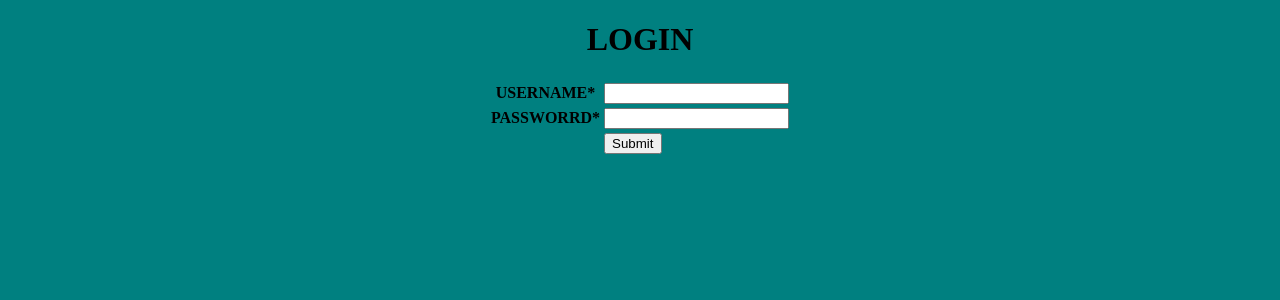
Repository: raviraj226/AdvanceJava
Page: http://localhost/Ravi_Maven/LogIn.jsp
These files come from the project's save history. The page is drawn as it stood at one moment and after the next save; the edit follows.
The browser window is 1280 px wide. The pictures show the whole page.
The page is served by Tomcat 9. Other server files are loaded and not shown.

Above is the page before, as saved 2022-03-12 06:26:55.

### Advance Java/Ravi_Maven/src/main/webapp/LogIn.jsp
<%@ page language="java" contentType="text/html; charset=ISO-8859-1"
	pageEncoding="ISO-8859-1"%>
<!DOCTYPE html>
<html>
<head>
<meta charset="ISO-8859-1">
<title>Login Page</title>
</head>
<body bgcolor="teal">
	<form action="Submit.jsp" method="post">
		<table align="center">
			<h1 align="center">LOGIN</h1>
			<tr>
				<th>USERNAME*</th>
				<td><input type="text" name="user"></td>
			</tr>
			<tr>
				<th>PASSWORRD*</th>
				<td><input type="Password" name="pwd"></td>
			</tr>
			<tr>
				<th></th>
				<td><input type="SUBMIT" name="USER" value="Submit"></input></td>
			</tr>
		</table>
	</form>
</body>
</html>

After the next save:
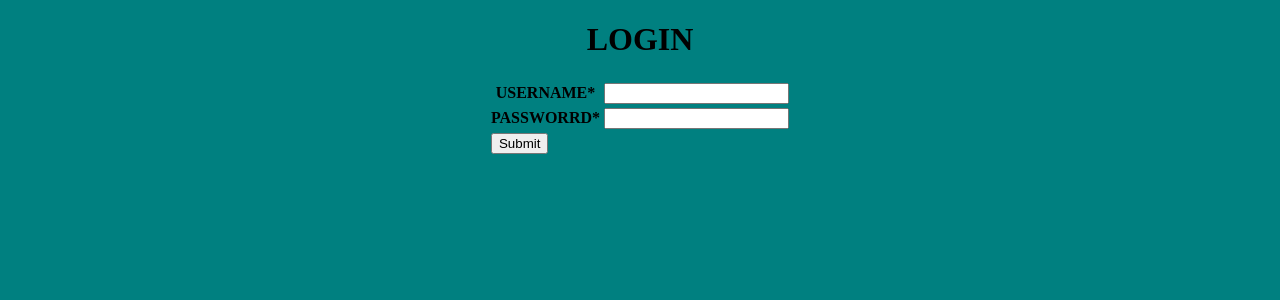
Saved 3 min 34 s later.
--- a/Advance Java/Ravi_Maven/src/main/webapp/LogIn.jsp
+++ b/Advance Java/Ravi_Maven/src/main/webapp/LogIn.jsp
@@ -19,7 +19,7 @@
 				<td><input type="Password" name="pwd"></td>
 			</tr>
 			<tr>
-				<th></th>
+
 				<td><input type="SUBMIT" name="USER" value="Submit"></input></td>
 			</tr>
 		</table>

After the save that followed:
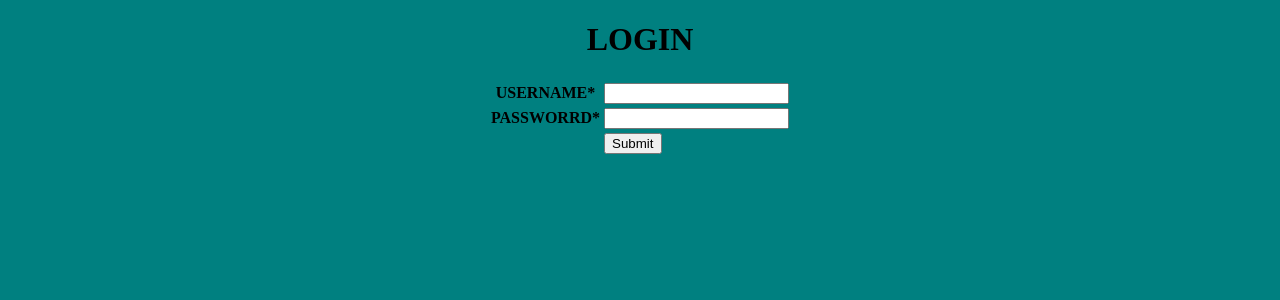
Saved 10 s later.
--- a/Advance Java/Ravi_Maven/src/main/webapp/LogIn.jsp
+++ b/Advance Java/Ravi_Maven/src/main/webapp/LogIn.jsp
@@ -19,7 +19,7 @@
 				<td><input type="Password" name="pwd"></td>
 			</tr>
 			<tr>
-
+				<th></th>
 				<td><input type="SUBMIT" name="USER" value="Submit"></input></td>
 			</tr>
 		</table>
